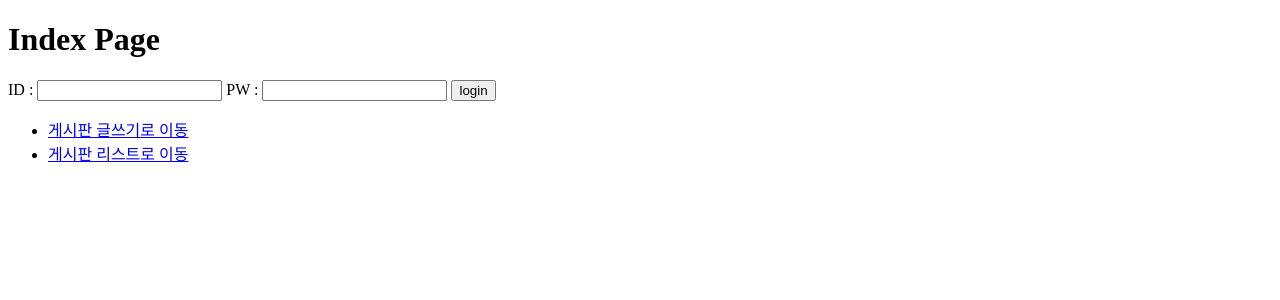
Repository: Leesunghoon1/brd_mem
Page: http://localhost/jps_BoardMember/
The author's editor kept a copy of each file at every save. The page is drawn from the files as they stood at one save, then again after the next save.
The browser window is 1280 px wide. The pictures show the whole page.
The page is served by Tomcat 9.

Above is the page before, as saved 2023-09-08 07:50:14.

After the next save:
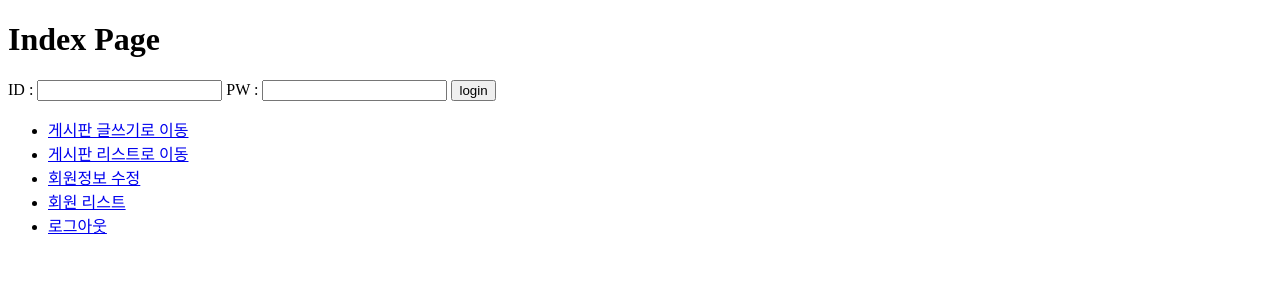
Saved 2 min 13 s later.
--- a/jps_BoardMember/src/main/webapp/index.jsp
+++ b/jps_BoardMember/src/main/webapp/index.jsp
@@ -9,7 +9,7 @@
 <body>
 <h1>Index Page</h1>
 
-<form action = "">
+<form action="/mem/login" method="post">
 	ID : <input type="text" name="id">
 	PW : <input type="text" name="pwd">
 	<button type="submit">login</button>
@@ -22,6 +22,16 @@
 	<li>
 	<a href="/brd/list">게시판 리스트로 이동</a>
 	</li>
+	<li>
+		<a href="#">회원정보 수정</a>
+	</li>
+	<li>
+		<a href="#">회원 리스트</a>
+	</li>
+	<li>
+		<a href="#">로그아웃</a>
+	</li>
+
 </ul>
 </body>
 </table>
